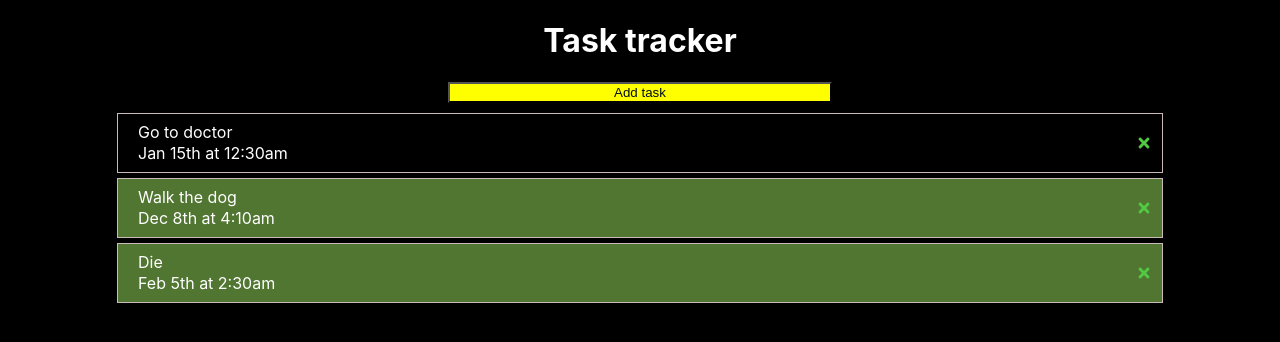
Repository: roscaImarius/task-tracker-react
Page: /
The author's editor kept a copy of each file at every save. The page is drawn from the files as they stood at one save, then again after the next save.
The browser window is 1280 px wide. The pictures show the whole page.
The project was rebuilt for these pictures with package versions that can differ from the ones it lists, and the page was loaded fresh each time. Also part of the build but not shown: src/components/AddTask.js.

Above is the page before, as saved 2021-03-31 13:13:54.

After the next save:
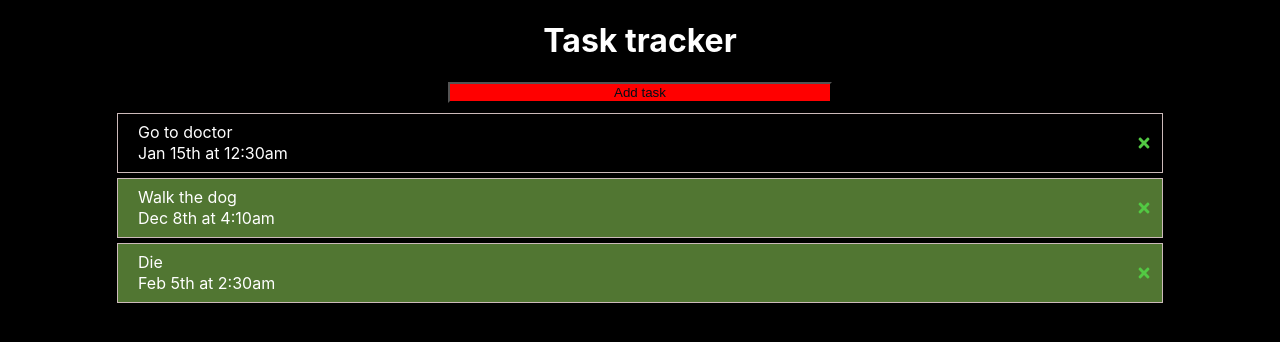
Saved 18 s later.
--- a/src/components/Header.js
+++ b/src/components/Header.js
@@ -21,7 +21,7 @@ const Header = ({
         onClick={onClickAdd}
         showAdd={showAdd}
         setShowAdd={setShowAdd}
-        color="yellow"
+        color={showAdd ? "green" : "red"}
       />
       {showAdd && <AddTask onSaveTask={onSaveTask} />}
       <Tasks onDelete={onDelete} onDubleClick={onDubleClick} tasks={tasks} />
